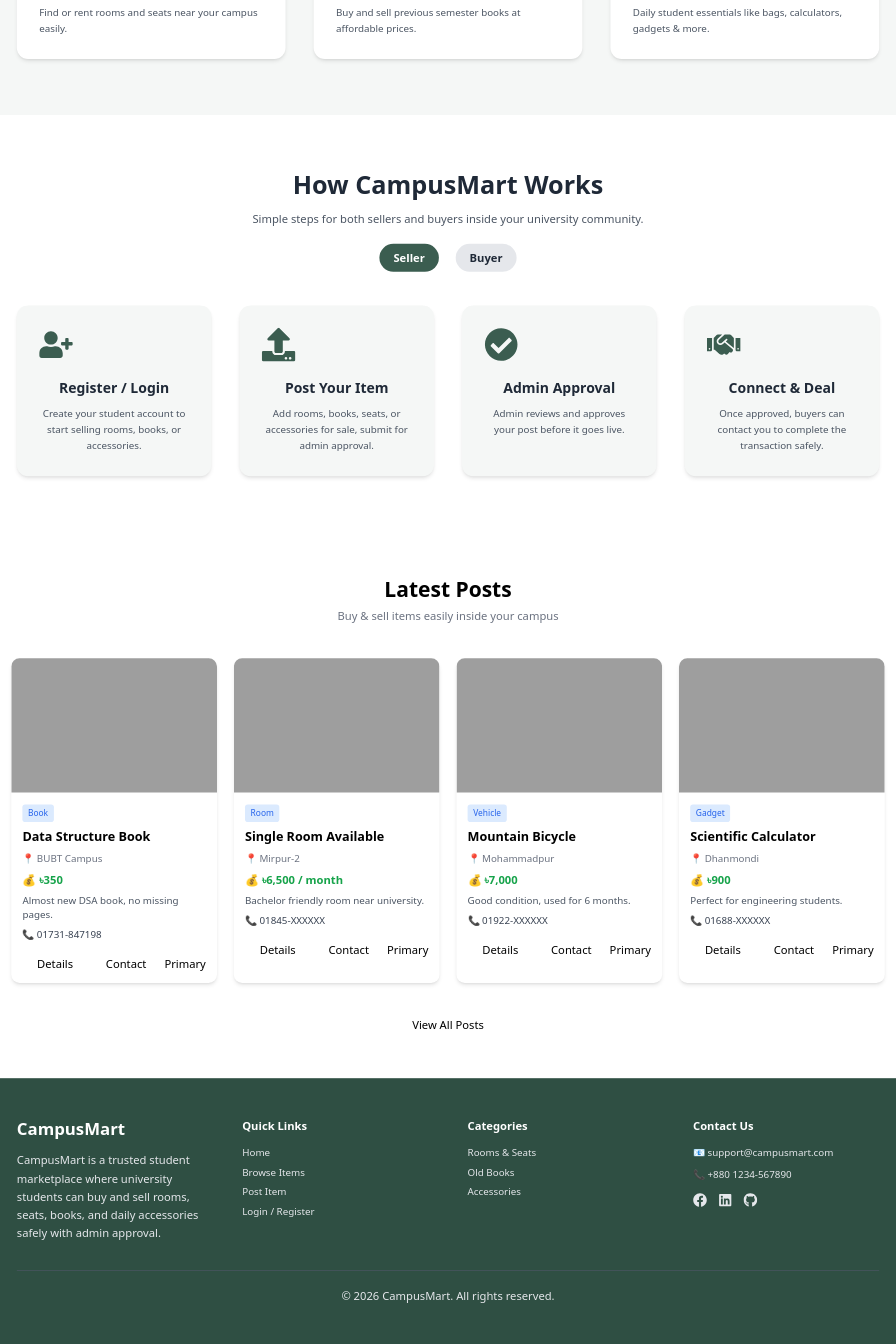
Repository: jahidhasanri/CAMPUSMART
Page: /
An editor plug-in stored every save of this project. The page is shown before and after the next save, followed by the edit.
The browser window is 1280 px wide. The pictures show the part of the page from y = 1015 to 2935 px (the page is 2935 px tall before and 2885 px after), at 70% of full size.
Pictures or frames that could not be fetched are drawn as grey boxes. The project was rebuilt for these pictures with package versions that can differ from the ones it lists, and the page was loaded fresh each time. Also part of the build but not shown: vite.config.js, src/Pages/Login.jsx, src/Pages/Register.jsx.

Above is the page before, as saved 2026-01-14 00:17:16.

After the next save:
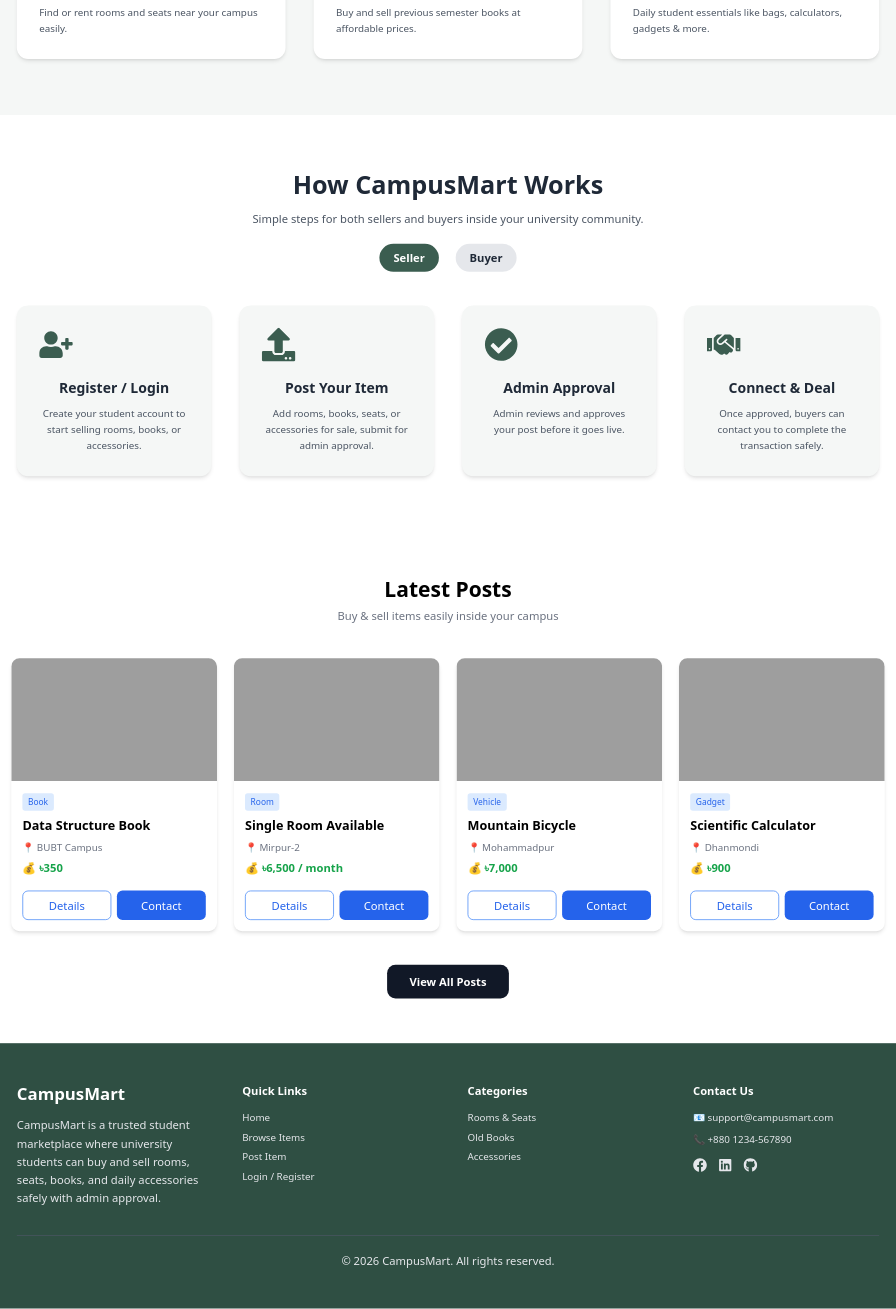
Saved 4 min 12 s later.
--- a/src/components/Posts.jsx
+++ b/src/components/Posts.jsx
@@ -1,5 +1,6 @@
 /* eslint-disable no-unused-vars */
-import { motion } from "framer-motion";
+import { useState } from "react";
+import { motion, AnimatePresence } from "framer-motion";
 import { Link } from "react-router-dom";
 
 const posts = [
@@ -46,6 +47,8 @@ const posts = [
 ];
 
 const Posts = () => {
+  const [selectedPost, setSelectedPost] = useState(null);
+
   return (
     <section className="max-w-7xl mx-auto px-4 my-16">
 
@@ -62,16 +65,16 @@ const Posts = () => {
         {posts.map((post, index) => (
           <motion.div
             key={post.id}
-            initial={{ opacity: 0, y: 60 }}
+            initial={{ opacity: 0, y: 50 }}
             whileInView={{ opacity: 1, y: 0 }}
             viewport={{ once: true }}
-            transition={{ duration: 0.6, delay: index * 0.15 }}
-            className="bg-white rounded-xl shadow-md hover:shadow-xl transition-all"
+            transition={{ duration: 0.5, delay: index * 0.15 }}
+            className="bg-white rounded-xl shadow-md hover:shadow-xl transition"
           >
             <img
               src={post.img}
               alt={post.title}
-              className="h-48 w-full object-cover rounded-t-xl"
+              className="h-44 w-full object-cover rounded-t-xl"
             />
 
             <div className="p-4 space-y-2">
@@ -81,45 +84,93 @@ const Posts = () => {
 
               <h3 className="font-semibold text-lg">{post.title}</h3>
 
-              <p className="text-sm text-gray-500">
-                📍 {post.location}
-              </p>
-
-              <p className="font-bold text-green-600">
-                💰 {post.price}
-              </p>
-
-              <p className="text-sm text-gray-600">
-                {post.description}
-              </p>
-
-              <p className="text-sm text-gray-700">
-                📞 {post.contact}
-              </p>
+              <p className="text-sm text-gray-500">📍 {post.location}</p>
+              <p className="font-bold text-green-600">💰 {post.price}</p>
 
               {/* Buttons */}
               <div className="flex gap-2 pt-3">
-                <button className="btn btn-sm btn-outline w-1/2">
+                <button
+                  onClick={() => setSelectedPost(post)}
+                  className="w-1/2 py-2 rounded-lg border border-blue-500 text-blue-600 font-medium hover:bg-blue-50 transition"
+                >
                   Details
                 </button>
-                <button className="btn btn-sm btn-primary w-1/2">
+
+                <button
+                  className="w-1/2 py-2 rounded-lg bg-blue-600 text-white font-medium hover:bg-blue-700 transition"
+                >
                   Contact
                 </button>
-                <button className="btn btn-primary">Primary</button>
               </div>
             </div>
           </motion.div>
         ))}
       </div>
 
-      {/* View All Button */}
+      {/* View All */}
       <div className="text-center mt-12">
         <Link to="/posts">
-          <button className="btn btn-wide btn-secondary">
+          <button className="px-8 py-3 rounded-xl bg-gray-900 text-white font-semibold hover:bg-gray-800 transition">
             View All Posts
           </button>
         </Link>
       </div>
+
+      {/* Modal */}
+      <AnimatePresence>
+        {selectedPost && (
+          <motion.div
+            initial={{ opacity: 0 }}
+            animate={{ opacity: 1 }}
+            exit={{ opacity: 0 }}
+            className="fixed inset-0 bg-black/50 flex items-center justify-center z-50 px-4"
+          >
+            <motion.div
+              initial={{ scale: 0.85, y: 40 }}
+              animate={{ scale: 1, y: 0 }}
+              exit={{ scale: 0.85, y: 40 }}
+              transition={{ duration: 0.3 }}
+              className="bg-white rounded-2xl max-w-lg w-full p-6 relative"
+            >
+              {/* Close */}
+              <button
+                onClick={() => setSelectedPost(null)}
+                className="absolute top-3 right-3 text-gray-500 hover:text-black"
+              >
+                ✕
+              </button>
+
+              <img
+                src={selectedPost.img}
+                alt=""
+                className="w-full h-52 object-cover rounded-xl mb-4"
+              />
+
+              <h3 className="text-2xl font-bold">{selectedPost.title}</h3>
+
+              <p className="text-sm text-gray-500 mt-1">
+                {selectedPost.category} • {selectedPost.location}
+              </p>
+
+              <p className="text-xl font-semibold text-green-600 mt-2">
+                {selectedPost.price}
+              </p>
+
+              <p className="text-gray-700 mt-3">
+                {selectedPost.description}
+              </p>
+
+              <p className="mt-3 font-medium">
+                📞 {selectedPost.contact}
+              </p>
+
+              <button className="mt-5 w-full py-3 rounded-xl bg-blue-600 text-white font-semibold hover:bg-blue-700 transition">
+                Contact Seller
+              </button>
+            </motion.div>
+          </motion.div>
+        )}
+      </AnimatePresence>
 
     </section>
   );
